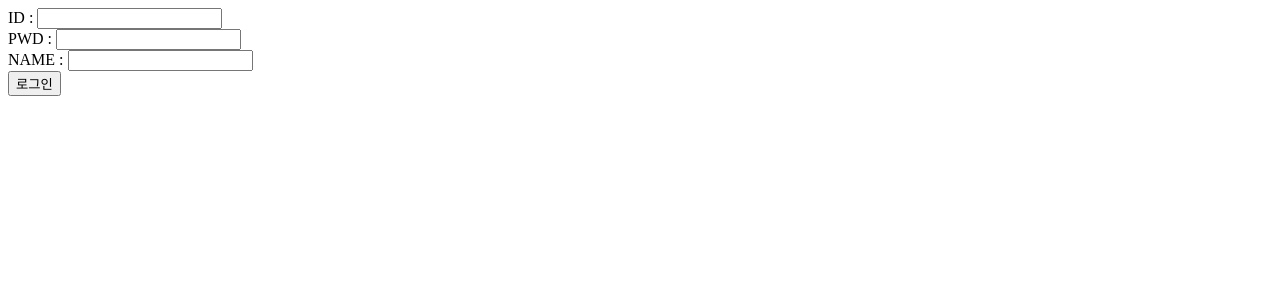
Repository: j-hee-98/Servlet-JSP
Page: http://localhost/WS_0418/left.jsp
An editor plug-in stored every save of this project. The page is shown before and after the next save, followed by the edit.
The browser window is 1280 px wide. The pictures show the whole page.
The page is served by Tomcat 10.

Above is the page before, as saved 2025-04-18 07:23:04.

After the next save:
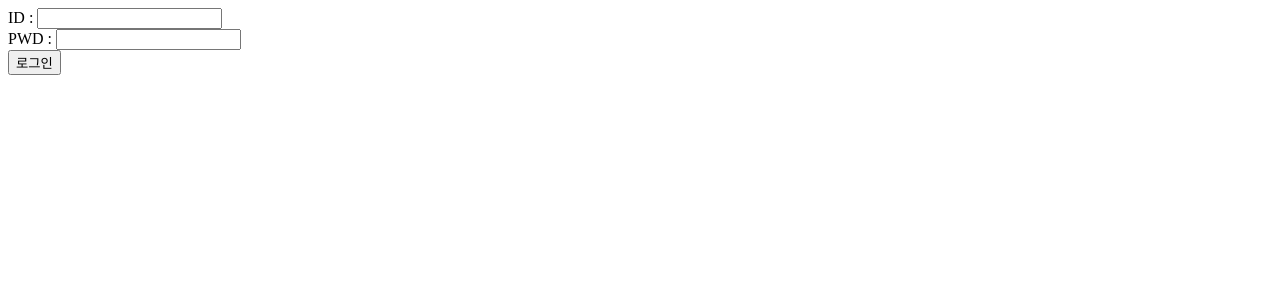
Saved 6 s later.
--- a/WS_0418/src/main/webapp/left.jsp
+++ b/WS_0418/src/main/webapp/left.jsp
@@ -10,7 +10,6 @@
 	<form method="post" action="<%=application.getContextPath()%>/login">
   ID : <input type="text" name="userId" /><br/>
   PWD : <input type="password" name="userPwd" /><br/>
-  NAME : <input type="text" name="userName" /><br/>
 
   <input type="submit" value="로그인" />
 	</form>
